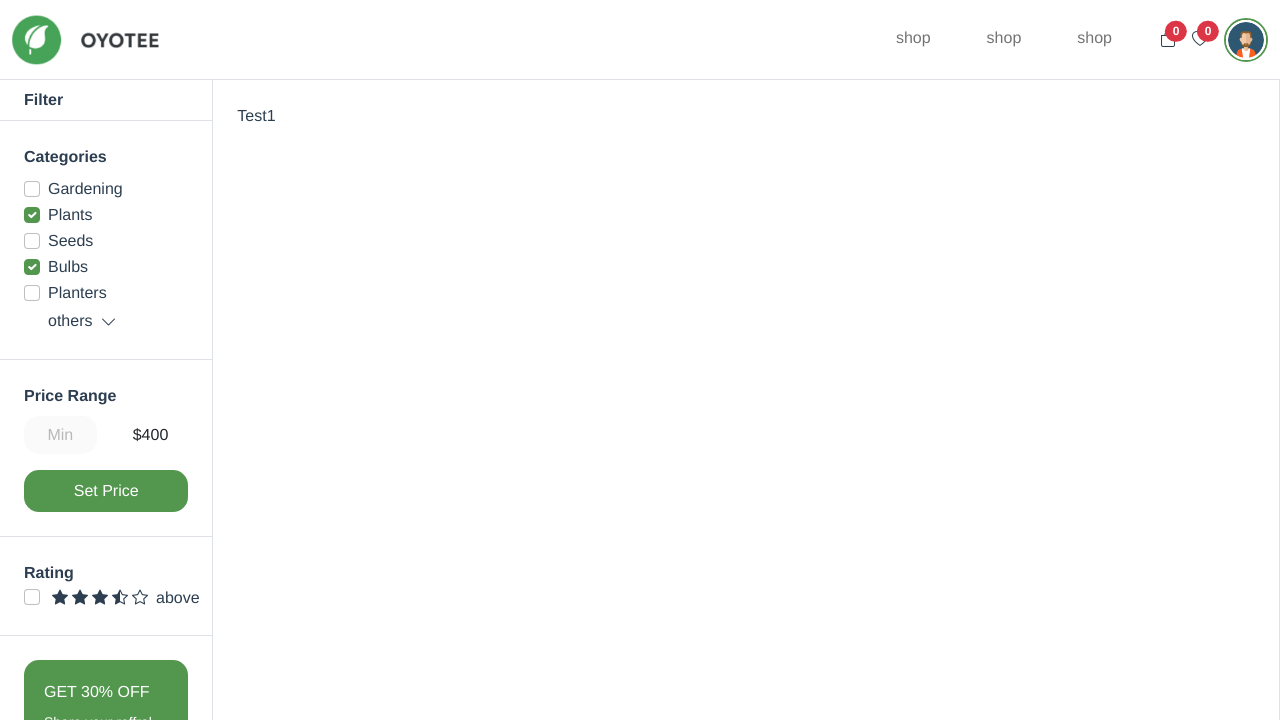
Repository: arpitaWebD/PlantShopping
Page: /
These files come from the project's save history. The page is drawn as it stood at one moment and after a run of saves; the edit follows.
The browser window is 1280 px wide. The pictures show the whole page.
Some web libraries are served in a nearby version. The project was rebuilt for these pictures with package versions that can differ from the ones it lists, and the page was loaded fresh each time. Also part of the build but not shown: src/components/Product.vue, src/components/ProductPreview.vue, src/views/AddToCart.vue, src/views/WishList.vue.

Above is the page before, as saved 2022-01-21 18:21:24.

### index.html
<!DOCTYPE html>
<html lang="en">
<head>
  <meta charset="UTF-8">
  <link rel="icon" href="/favicon.ico" />
  <meta name="viewport" content="width=device-width, initial-scale=1.0">
  <!-- bootstrap -->
  <link href="https://cdn.jsdelivr.net/npm/bootstrap@5.1.3/dist/css/bootstrap.min.css" rel="stylesheet"
    integrity="sha384-1BmE4kWBq78iYhFldvKuhfTAU6auU8tT94WrHftjDbrCEXSU1oBoqyl2QvZ6jIW3" crossorigin="anonymous" />
  <!--icons -->
  <link rel="stylesheet" href="https://cdn.jsdelivr.net/npm/bootstrap-icons@1.7.1/font/bootstrap-icons.css" />
  <link rel="stylesheet" href="./src/index.css">
  <title>Vite App</title>
</head>
<body>
  <div id="app"></div>
  <script src="https://cdn.jsdelivr.net/npm/bootstrap@5.0.2/dist/js/bootstrap.bundle.min.js"
    integrity="sha384-MrcW6ZMFYlzcLA8Nl+NtUVF0sA7MsXsP1UyJoMp4YLEuNSfAP+JcXn/tWtIaxVXM" crossorigin="anonymous"></script>
  <script type="module" src="/src/main.js"></script>
</body>
</html>

### src/index.css
#app {
  font-family: Avenir, Helvetica, Arial, sans-serif;
  -webkit-font-smoothing: antialiased;
  -moz-osx-font-smoothing: grayscale;
  color: #2c3e50;
  height: 100vh;
}

body {
  margin: 0;
  height: 100vh;
}

/* color code */
:root {
  --green: #175b19;
  --secondary-color: #ffc327;
  --light-gray: #f6f6f6;
  --dark-gray: #485853;
  --primary-color: #53974f;
  --dark-green: #08220e;
  --light-green: #abb3a3;
  --brown: #957f65;
}

a {
  text-decoration: none;
  color: #2c3e50;
}

.primary-btn {
  width: 100%;
  border-radius: 15px;
  color: #fff;
  background: #53974f;
  line-height: 1;
  height: 42px;
  text-transform: capitalize;
  display: flex;
  justify-content: center;
  align-items: center;
}

.primary-btn:hover {
  color: #fff;
}

.primary-btn.yellow-btn {
  background: #ffc327;
  color: var(--dark-gray);
}

.secondary-btn {
  width: 100%;
  border-radius: 15px;
  border: 1px solid #ababab;
  line-height: 1;
  height: 42px;
  text-transform: capitalize;
  display: flex;
  justify-content: center;
  align-items: center;
  cursor: pointer;
  font-weight: 500;
}

.secondary-btn:hover,
.secondary-btn.active {
  color: #fff;
  background: #53974f;
}

.secondary-btn:hover a,
.secondary-btn.active a {
  color: #fff;
}

.btn-check:focus+.btn,
.btn:focus {
  box-shadow: none;
}

.form-check-input:checked {
  background-color: #53974f;
  border-color: #53974f;
}

.form-check-input:checked+.form-check-label {
  font-weight: 500;
}

input:focus {
  outline: 0;
}

/* header */
.header {
  height: 80px;
}

.header .logo {
  height: 50px;
}

.n-links li {
  color: #ababab;
  height: 100%;
  display: flex;
  align-items: center;
  margin-right: 40px;
  cursor: pointer;
  border-bottom: 3px solid transparent;
}

.n-links li.active {
  color: #000;
  border-bottom: 3px solid #53974f;
}

.cart-icon {
  position: relative;
  cursor: pointer;
}

.cart-icon .cart-badge {
  position: absolute;
  background: #dc3545;
  color: #fff;
  border-radius: 100%;
  height: 17px;
  width: 17px;
  font-size: 10px;
  display: flex;
  align-items: center;
  justify-content: center;
  right: -5px;
  bottom: 0;
  border: 2px solid #fff;
}

.avatar-icon {
  border: 2px solid #53974f;
  border-radius: 100%;
}

.avatar-icon img {
  border: 2px solid #fff;
  border-radius: 100%;
}

/* left sidebar */
.left-sidebar .left-sidebar-header {
  text-transform: capitalize;
  font-weight: 600;
  text-align: left;
  display: block;
}

.disable-btn {
  background: #fafafa;
  border-radius: 15px;
  display: flex;
  justify-content: center;
  align-items: center;
  text-transform: capitalize;
  color: #b8b8b8;
}

.discount-card {
  background-color: #53974f;
  border-radius: 15px;
  padding: 20px;
  color: #fff;
}

.discount-card .title {
  font-weight: 500;
  text-transform: uppercase;
}

.sub-title {
  font-size: 14px;
}

/* main */
.search-icon {
  border-radius: 15px;
  background: #dee2e6;
  padding: 15px 30px;
}

.search-icon-round {
  border-radius: 15px 15px 0 0;
}

.search-icon input {
  background-color: transparent;
}

.product-card {
  border: 1px solid #ababab;
  border-radius: 20px;
  position: relative;
  background-color: #fff;
  cursor: pointer;
}

.product-card img {
  height: 290px;
  width: 100%;
  object-fit: contain;
}

.add-product img {
  height: 90px;
}

.product-card .img-section {
  position: relative;
}

.product-card .img-section .like-icon {
  position: absolute;
  right: 0;
  top: 0;
}

.like-icon {
  cursor: pointer
}

.product-card .price-name {
  color: #bfb8b8;
  font-size: 14px;
}

/* right0sidebar */
.right-sidebar {
  position: relative;
  height: 100%;
}

.rs-footer {
  position: absolute;
  bottom: 0;
  width: calc(100% - 3rem);
  background: #fff;
}

.right-sidebar .main-title {
  font-size: 22px;
  font-weight: 500;
  text-transform: capitalize;
  white-space: nowrap;
  overflow: hidden;
  text-overflow: ellipsis;
}
.right-sidebar .img-section {
  height: 200px;
}
.right-sidebar .main-subtitle {
  font-size: 14px;
  color: #ababb8;
  line-height: 16px;
  white-space: nowrap;
  overflow: hidden;
  text-overflow: ellipsis;
}

.tab {
  text-transform: capitalize;
  text-align: center;
  border-bottom: 3px solid transparent;
  cursor: pointer;
  padding-bottom: 10px;
}

.tab-active {
  border-bottom: 3px solid #53974f;
}

.rs-img-section {
  position: relative;
}

.rs-close {
  right: 0;
  top: 10px;
  background: #fafafa;
  height: 30px;
  width: 30px;
  border-radius: 7px;
  display: flex;
  justify-content: center;
  align-items: center;
  position: absolute;
  cursor: pointer;
}

.rs-slider .rs-slider-img {
  height: 50px;
  width: 50px;
  display: flex;
  align-items: center;
  justify-content: center;
  justify-content: space-between;
  border-radius: 10px;
}

.rs-slider-img img {
  object-fit: cover;
  height: 100%;
  width: 100%;
  border-radius: 10px;
}

.hidden {
  display: none;
}

.modal-new {
  left: 50%;
  top: 50%;
  z-index: 2;
  background: #fff;
  transform: translate(-50%, -50%);
  padding: 30px;
  border-radius: 30px;
  position: absolute;
}

.overlay {
  width: 100vw;
  height: 100vh;
  background: #0a0a0a9c;
  z-index: 1;
  position: absolute;
  inset: 0;
}

.close-modal {
  border: none;
  background: transparent;
  position: absolute;
  right: 10px;
  font-size: 50px;
  top: -10px;
}

.search-menu {
  position: relative;
}

.search-dropdown {
  position: absolute;
  background: #fff;
  width: 100%;
  z-index: 1;
}

.search-dropdown ul li {
  padding: 10px;
  cursor: pointer;
}

.search-dropdown ul li:hover {
  background: #e1e1e1;
}

.search-dropdown ul li:not(:last-child) {
  border-bottom: 1px solid #dee2e6;
}

.search-dropdown ul li:last-child {
  border-radius: 0 0 15px 15px;
}

.search-dropdown ul {
  box-shadow: 0 4px 5px #0000006b;
  border-radius: 0 0 15px 15px;
}

.product-detail {
  height: calc(100% - 100px);
  overflow: auto;
}

.addCart-card {
  height: calc(100% - 80px);
  overflow: hidden;
}

.fav-icon {
  color: #dc3545;
}

@media screen and (max-width: 767px) {
  .product-card img {
    height: 290px;
    width: 100%;
    max-height: 200px;
    max-width: 100%;
    object-fit: contain;
  }

  img.logo {
    height: 48px;
  }

  .navbar-collapse {
    position: absolute;
    top: 80px;
    left: 0px;
    width: 100%;
    background: rgb(248, 249, 250);
    z-index: 1;
    box-shadow: rgba(50, 50, 93, 0.25) 0px 6px 12px -2px, rgba(0, 0, 0, 0.3) 0px 3px 7px -3px;
  }

  .addCart-card img {
    width: 100%;
  }
}

### src/App.vue
<template>
  <Navbar />
  <router-view />
</template>

<script>
import Navbar from "./components/Navbar.vue";
export default {
  components: {
    Navbar,
  },
};
</script>

### src/router.js

import {createRouter, createWebHistory} from "vue-router";
import Home from "./views/Home.vue";
import AddCart from "./views/AddToCart.vue";
import WishList from "./views/WishList.vue";
const routes = [
    {
        path: "/",
        name: "Home",
        component: Home
    },
    {
        path: "/AddCart",
        name: "AddCart",
        component: AddCart
    },
    {
        path: "/WishList",
        name: "WishList",
        component: WishList
    },
]
const router = createRouter({

    history: createWebHistory(),
    routes
});
export default router

### src/components/Navbar.vue
<template>
  <nav class="navbar navbar-expand-md navbar-light border-bottom header">
    <div class="container-fluid">
      <a class="navbar-brand" href="#">
        <router-link :to="{ name: 'Home' }">
          <img src="../assets/logo.png" alt="logo" class="logo" />
        </router-link>
      </a>
      <button
        class="navbar-toggler"
        type="button"
        data-bs-toggle="collapse"
        data-bs-target="#navbarNavAltMarkup"
      >
        <span class="navbar-toggler-icon"></span>
      </button>
      <div
        class="collapse navbar-collapse justify-content-md-end justify-content-center"
        id="navbarNavAltMarkup"
      >
        <div class="navbar-nav">
          <ul
            class="d-flex flex-column flex-md-row list-unstyled mb-0 h-100 align-items-center n-links"
          >
            <li class="nav-link">shop</li>
            <li class="nav-link">shop</li>
            <li class="nav-link">shop</li>
          </ul>
        </div>
        <div class="d-flex justify-content-center align-items-center">
          <div class="dropdown">
            <router-link :to="{ name: 'AddCart' }">
              <div class="me-3 cart-icon">
                <i class="bi bi-bag fa-2x"></i>
                <span
                  class="position-absolute bottom-0 start-100 translate-middle badge rounded-pill bg-danger"
                  >{{ cart.length }}</span
                >
              </div>
            </router-link>
          </div>
          <div class="me-3">
            <router-link :to="{ name: 'WishList' }">
              <div class="cart-icon">
                <i class="bi bi-heart fa-2x"></i>
                <span
                  class="position-absolute bottom-0 start-100 translate-middle badge rounded-pill bg-danger"
                  >{{ wishList.length }}</span
                >
              </div>
            </router-link>
          </div>
          <div class="avatar-icon">
            <img src="../assets/avatar.png" alt="avatar" width="40" />
          </div>
        </div>
      </div>
    </div>
  </nav>
</template>

<script>
import { mapState, mapMutations } from "vuex";
export default {
  computed: {
    ...mapState(["products", "cart", "wishList"]),
  },
};
</script>

### src/views/Home.vue
<template>
  <div class="addCart-card row p-0 m-0 flex-grow-1 main">
    <LeftSidebar />
    <ProductView />
  </div>
</template>

<script>
import ProductView from "../views/ProductView.vue";
import LeftSidebar from "../views/LeftSidebar.vue";
export default {
  name: "Home",
  components: {
    ProductView,
    LeftSidebar,
  },
};
</script>

### src/views/ProductView.vue
<template>
  <div class="col-lg-9 col-xl-10 col-md-8 p-0 h-100">
    <div class="row m-0 h-100">
      <div
        class="border-end p-4 h-100 overflow-auto"
        :class="[showPreview ? 'col-md-7 col-lg-8' : 'col-lg-12 col-md-12']"
      >
        <Search />
        <div class="row g-3 m-0">
          <div
            class="col-sm-12 "
            :class="[showPreview ? 'col-md-12 col-xl-6 col-xxl-4' : 'col-md-6 col-lg-4']"
            v-for="(product, index) in filterdState"
            :key="index"
          >
            <Product :products="product" />
          </div>
        </div>
      </div>
      <div class="col-md-5 col-lg-4 p-0" v-show="showPreview">
        <ProductPreview
          v-for="productPreview in productPreviews"
          :key="productPreview.id"
          :productPreviews="productPreview"
        />
      </div>
    </div>
  </div>
</template>

<script>
import Product from "../components/Product.vue";
import ProductPreview from "../components/ProductPreview.vue";
import Search from "../components/Search.vue";
import { mapMutations, mapState,mapGetters } from "vuex";
export default {
  components: {
    Product,
    ProductPreview,
    Search
  },
  computed: {
    ...mapState(["products", "search","showPreview", "productPreviews","filterdState"]),
    ...mapGetters(["getProduct"]),
  },
  methods: {
    ...mapMutations(["productPreview"]),
  },
};
</script>

### src/views/LeftSidebar.vue
<template>
  <div class="col-md-4 col-lg-3 col-xl-2 p-0 border-end left-sidebar h-100">
    <div class="border-bottom px-4 py-2">
      <span class="left-sidebar-header">filter</span>
    </div>
    <div class="border-bottom p-4">
      <span class="left-sidebar-header">categories</span>
      <div class="mt-2">
        <div>
          <div class="form-check">
            <input
              class="form-check-input"
              type="checkbox"
              value=""
              id="flexCheckDefault"
            />
            <label class="form-check-label" for="flexCheckDefault">
              Gardening
            </label>
          </div>
          <div class="form-check">
            <input
              class="form-check-input"
              type="checkbox"
              value=""
              id="flexCheckChecked"
              checked
            />
            <label class="form-check-label" for="flexCheckChecked">
              Plants
            </label>
          </div>
          <div class="form-check">
            <input
              class="form-check-input"
              type="checkbox"
              value=""
              id="flexCheckDefault1"
            />
            <label class="form-check-label" for="flexCheckDefault1">
              Seeds
            </label>
          </div>
          <div class="form-check">
            <input
              class="form-check-input"
              type="checkbox"
              value=""
              id="flexCheckChecked2"
              checked
            />
            <label class="form-check-label" for="flexCheckChecked2">
              Bulbs
            </label>
          </div>

          <div class="form-check">
            <input
              class="form-check-input"
              type="checkbox"
              value=""
              id="flexCheckDefault3"
            />
            <label class="form-check-label" for="flexCheckDefault3">
              Planters
            </label>
          </div>
        </div>
        <div class="d-flex align-items-center ms-4">
          <span>others</span>
          <span class="d-flex mt-1 ms-2"
            ><i class="bi bi-chevron-down"></i
          ></span>
        </div>
      </div>
    </div>
    <div class="border-bottom p-4">
      <span class="left-sidebar-header">Price range</span>
      <div class="mt-2 d-flex mb-3">
        <div class="w-50 me-3 disable-btn">min</div>
        <div class="w-50 btn secoudary-btn">$400</div>
      </div>
      <div>
        <button class="btn primary-btn" type="button">set price</button>
      </div>
    </div>
    <div class="border-bottom p-4">
      <span class="left-sidebar-header">Rating</span>
      <div class="d-flex align-items-center">
        <div class="form-check">
          <input
            class="form-check-input"
            type="checkbox"
            value=""
            id="flexCheckDefault"
          />
        </div>
        <div class="d-flex">
          <span class="ms-1"><i class="bi bi-star-fill"></i></span>
          <span class="ms-1"><i class="bi bi-star-fill"></i></span>
          <span class="ms-1"><i class="bi bi-star-fill"></i></span>
          <span class="ms-1"><i class="bi bi-star-half"></i></span>
          <span class="ms-1"><i class="bi bi-star"></i></span>
        </div>
        <div class="ms-2">above</div>
      </div>
    </div>
    <div class="p-4">
      <div class="discount-card d-flex flex-column">
        <span class="title">Get 30% off</span>
        <span class="sub-title my-2">
          Share your reffral code and get discount!
        </span>
        <button class="btn primary-btn yellow-btn" type="button">share</button>
      </div>
    </div>
  </div>
</template>

<script>
export default {};
</script>

<style></style>

### src/components/Search.vue
<template>
<div class="text">Test1</div>
  {{ color }}
  <!-- This works -->
    <!-- <div class="search-menu mb-2">
        <div class="d-flex search-icon" :class="{ 'search-icon-round': modal }">
            <span class="me-2"><i class="bi bi-search"></i></span>
            <input
                    type="text"
                    placeholder="Search"
                    :v-model="search"
                    class="flex-grow-1 border-0"
                    @input="getProduct"
                    @focus="modal = true"
            />
            {{search}}
            {{getSearch}}
            <button
                    type="button"
                    class="btn-close btn-sm btn"
                    aria-label="Close"
                    @click="close()"
            ></button>
        </div>
<!--        <div v-if="filterdState && modal" class="search-dropdown">-->
<!--            <ul v-if="filterdState.length" class="list-unstyled mb-0">-->
<!--                <li-->
<!--                        v-for="filterdState in filterdState"-->
<!--                        :key="filterdState.id"-->
<!--                        @click="setState(filterdState)"-->
<!--                >-->
<!--                    <div class="row">-->
<!--                        <div class="col-2 d-flex justify-content-center align-items-center">-->
<!--                            <img :src="filterdState.url" height="80" class="rounded-3" />-->
<!--                        </div>-->
<!--                        <div class="d-flex flex-column col-10">-->
<!--                            <span class="fw-bold">{{ filterdState.name }}</span>-->
<!--                            <span> {{ filterdState.shortdesc }}</span>-->
<!--                            <span class="fw-bold">₹ {{ filterdState.price }}</span>-->
<!--                        </div>-->
<!--                    </div>-->
<!--                </li>-->
<!--            </ul>-->
<!--            <ul v-else class="list-unstyled mb-0">-->
<!--                <li class="text-center fw-bold">No results...</li>-->
<!--            </ul>-->
<!--        </div>-->
    <!-- </div> -->
</template>

<script>
    import { mapGetters, mapState,mapMutations } from "vuex";
    export default {
        computed: {
            ...mapState(["products","search", "filterdState"]),
            ...mapGetters(["getProduct","getSearch"]),
            ...mapMutations(["filterProduct"]),
            search: {
                get () {
                    return this.$store.state.search
                },
                // set (value) {
                //     this.$store.dispatch('filterProduct', value)
                // }
            }
        },
        methods: {
            ...mapMutations(["filterProduct"])
        }
    };
</script>

Loaded but not shown: src/main.js (214 lines, source omitted)

After the next 2 saves:
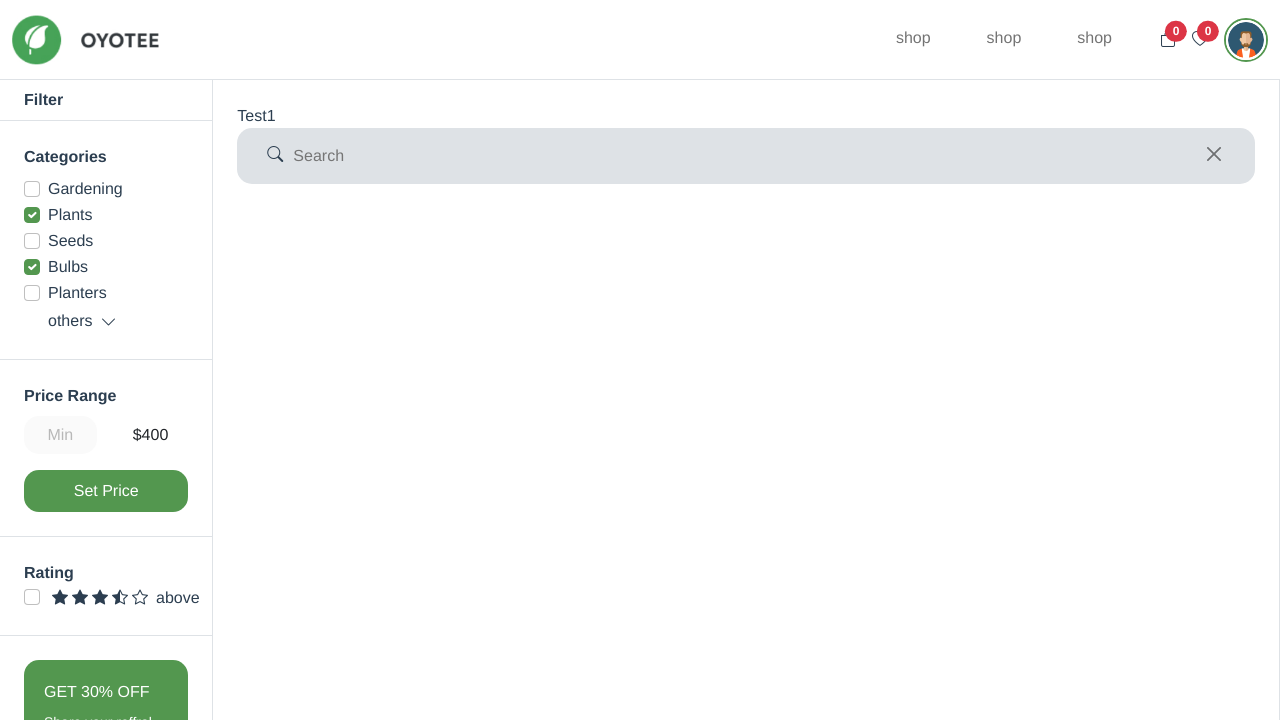
The 2 saves are shown as one change because they came seconds apart.
The last was saved 11 s later.
--- a/src/components/Search.vue
+++ b/src/components/Search.vue
@@ -1,8 +1,7 @@
 <template>
 <div class="text">Test1</div>
-  {{ color }}
-  <!-- This works -->
-    <!-- <div class="search-menu mb-2">
+  {{ color }} <!-- This works -->
+    <div class="search-menu mb-2">
         <div class="d-flex search-icon" :class="{ 'search-icon-round': modal }">
             <span class="me-2"><i class="bi bi-search"></i></span>
             <input
@@ -13,7 +12,7 @@
                     @input="getProduct"
                     @focus="modal = true"
             />
-            {{search}}
+            {{}}
             {{getSearch}}
             <button
                     type="button"
@@ -45,7 +44,7 @@
 <!--                <li class="text-center fw-bold">No results...</li>-->
 <!--            </ul>-->
 <!--        </div>-->
-    <!-- </div> -->
+    </div>
 </template>
 
 <script>
